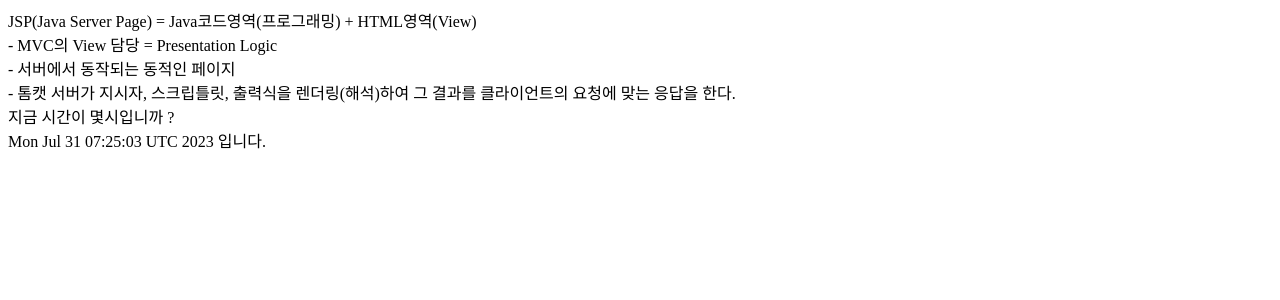
Repository: ainokks071/ServletJSP
Page: http://localhost/WEB/time.jsp
An editor plug-in stored every save of this project. The page is shown before and after the next save, followed by the edit.
The browser window is 1280 px wide. The pictures show the whole page.
The page is served by Tomcat 9. Other server files are loaded and not shown.

Above is the page before, as saved 2023-08-01 08:13:19.

### WEB/webapp/time.jsp
<%-- <%@ 지시자 %> --%>
<%@ page language="java" contentType="text/html; charset=UTF-8"
    pageEncoding="UTF-8"%>
<!-- servlet-api.jar BuildPath에 라이브러리 추가해줄 것.(웹용 API에 의해 인식) -->
<%@ page import="java.util.Date" %>
<!-- 컴파일된 .class파일의 저장위치 변경 : WEB/webapp/WEB-INF/classes -->
<%-- <% 스크립틀릿 %> : 자바코드영역 --%>
<% Date d = new Date(); %>


<!DOCTYPE html>
<html>
<head>
<meta charset="UTF-8">
<title>Insert title here</title>
</head>


<body>
JSP(Java Server Page) = Java코드영역(프로그래밍) + HTML영역(View) <br>
- MVC의 View 담당 = Presentation Logic<br>
- 서버에서 동작되는 동적인 페이지<br>
- 톰캣 서버가 지시자, 스크립틀릿, 출력식을 렌더링(해석)하여 그 결과를 클라이언트의 요청에 맞는 응답을 한다.<br>

지금 시간이 몇시입니까 ? <br>
<%-- <%= 출력식 %> --%>
<%= d.toString() %> 입니다.

</body>
</html>

After the next save:
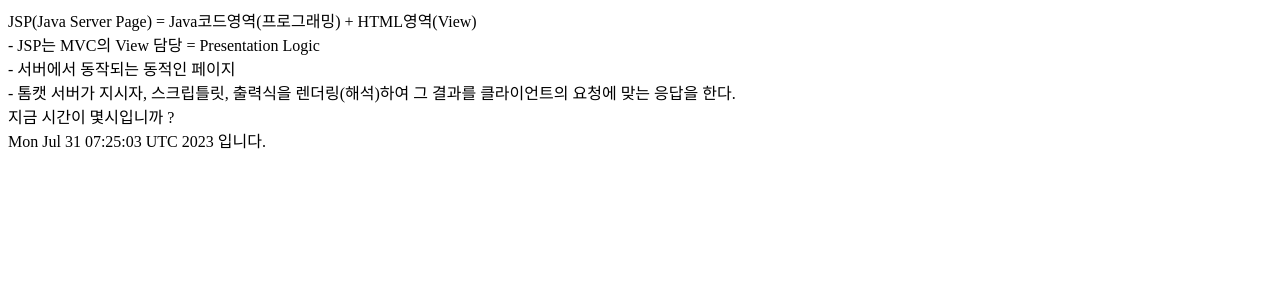
Saved 41 s later.
--- a/WEB/webapp/time.jsp
+++ b/WEB/webapp/time.jsp
@@ -15,16 +15,15 @@
 <title>Insert title here</title>
 </head>
 
-
 <body>
 JSP(Java Server Page) = Java코드영역(프로그래밍) + HTML영역(View) <br>
-- MVC의 View 담당 = Presentation Logic<br>
+- JSP는 MVC의 View 담당 = Presentation Logic<br>
 - 서버에서 동작되는 동적인 페이지<br>
 - 톰캣 서버가 지시자, 스크립틀릿, 출력식을 렌더링(해석)하여 그 결과를 클라이언트의 요청에 맞는 응답을 한다.<br>
 
 지금 시간이 몇시입니까 ? <br>
 <%-- <%= 출력식 %> --%>
 <%= d.toString() %> 입니다.
+</body>
 
-</body>
 </html>
